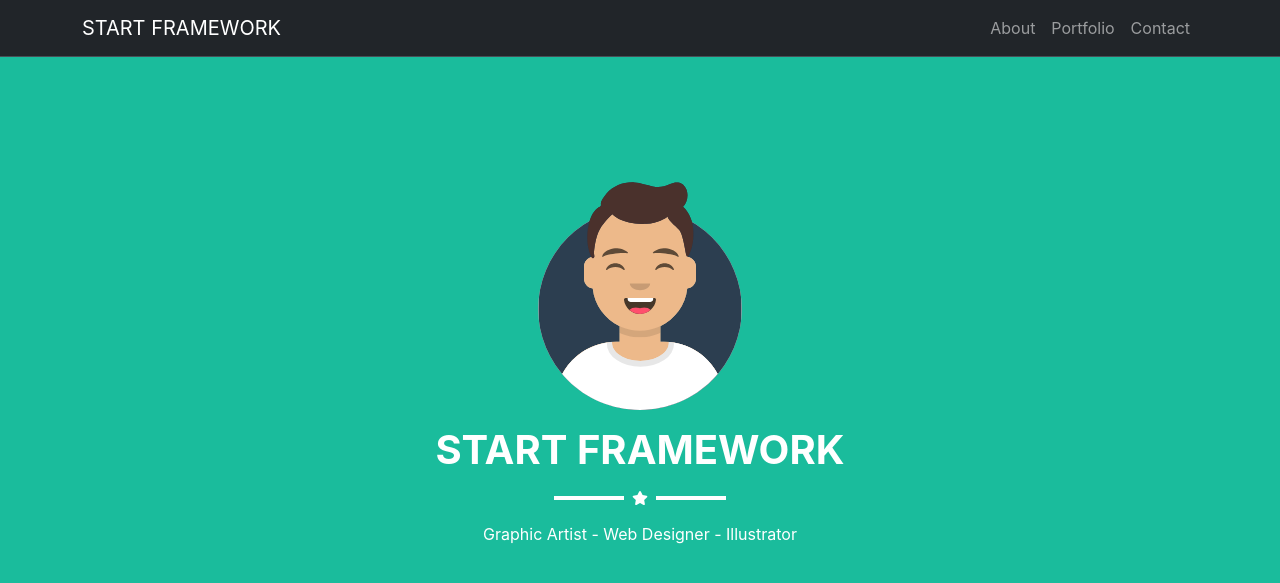
Repository: YomnaWegdan/startFramework
Page: /
An editor plug-in stored every save of this project. The page is shown before and after the next save, followed by the edit.
The browser window is 1280 px wide. The pictures show the whole page.
The project was rebuilt for these pictures with package versions that can differ from the ones it lists, and the page was loaded fresh each time. Also part of the build but not shown: src/Components/About.jsx, src/Components/Contact.jsx, src/Components/Error.jsx.

Above is the page before, as saved 2024-02-04 22:09:27.

### src/index.js
import React from 'react';
import ReactDOM from 'react-dom/client';
import 'bootstrap/dist/css/bootstrap.min.css'
import 'bootstrap/dist/js/bootstrap.bundle.min.js'

import './index.css';
import App from './App';
import reportWebVitals from './reportWebVitals';

const root = ReactDOM.createRoot(document.getElementById('root'));
root.render(
  <React.StrictMode>
    <App />
  </React.StrictMode>
);

// If you want to start measuring performance in your app, pass a function
// to log results (for example: reportWebVitals(console.log))
// or send to an analytics endpoint. Learn more: https://bit.ly/CRA-vitals
reportWebVitals();

### src/index.css
body {
  margin: 0;
  font-family: -apple-system, BlinkMacSystemFont, 'Segoe UI', 'Roboto', 'Oxygen',
    'Ubuntu', 'Cantarell', 'Fira Sans', 'Droid Sans', 'Helvetica Neue',
    sans-serif;
  -webkit-font-smoothing: antialiased;
  -moz-osx-font-smoothing: grayscale;
}

code {
  font-family: source-code-pro, Menlo, Monaco, Consolas, 'Courier New',
    monospace;
}
.w-20{
  width: 20%;
}
.home{
  background-color: #1ABC9C;
}
.line{
  background-color: white;
  width: 70px;
  height: 4px;
}
h2{
  font-size: 40px;
}

### src/App.js
import { RouterProvider, createBrowserRouter } from 'react-router-dom';
import './App.css';
import Layout from './Components/Layout';
import Home from './Components/Home';
import About from './Components/About';
import Contact from './Components/Contact';
import Error from './Components/Error';

function App() {

  let routes = createBrowserRouter([{
    path:'', element:<Layout/> , children:[
      {index:true , element:<Home/>},
      {path:'/about' , element:<About/>},
      {path:'/contact' , element:<Contact/>},
      {path:'*' , element:<Error/>},




    ]
  }])
  return (
    <div className="App">
    <RouterProvider router={routes}></RouterProvider>
    </div>
  );
}

export default App;

### src/Components/Layout.jsx
import React from 'react'
import Navbar from './Navbar'
import { Outlet } from 'react-router-dom'
import Footer from './Footer'

export default function Layout() {
  return (
    <div>
      <Navbar/>
      <Outlet></Outlet>
      <Footer/>
    </div>
  )
}

### src/Components/Home.jsx
import React, { Fragment } from 'react'
import img from '../images/avataaars.svg';
import { FaStar } from "react-icons/fa6";

export default function Home() {
  return (
    <Fragment>
      <section className='home vh-100 text-white'>
        <div className='container h-100'>
            <div className='row align-items-center justify-content-center h-100'>
                <div className='col-md-12'>
                <img src={img} className='w-20 mb-3' alt='img'/>
                <h2 className='fw-bold'>START FRAMEWORK</h2>
                <div className='d-flex justify-content-center align-items-center my-3'>
                    <div className='line'></div>
                    <FaStar className=' mx-2 '/>
                    <div className='line'></div>
                </div>
                <div>Graphic Artist - Web Designer - Illustrator</div>



                </div>
            </div>
        </div>

      </section>
    </Fragment>
  )
}

### src/Components/Navbar.jsx
import React from "react";
import { NavLink } from "react-router-dom";

export default function Navbar() {
  return (
    <>
      <nav
        className="navbar navbar-expand-lg bg-dark border-bottom border-body fixed-top "
        data-bs-theme="dark"
      >
        <div className="container">
          <NavLink className="navbar-brand" to="/">
            START FRAMEWORK
          </NavLink>
          <button
            className="navbar-toggler"
            type="button"
            data-bs-toggle="collapse"
            data-bs-target="#navbarSupportedContent"
            aria-controls="navbarSupportedContent"
            aria-expanded="false"
            aria-label="Toggle navigation"
          >
            <span className="navbar-toggler-icon"></span>
          </button>
          <div className="collapse navbar-collapse" id="navbarSupportedContent">
            <ul className="navbar-nav ms-auto mb-2 mb-lg-0">
              <li className="nav-item">
                <NavLink className="nav-link" to="/about">
                  About
                </NavLink>
              </li>
              <li className="nav-item">
                <NavLink className="nav-link" to="/portfolio">
                  Portfolio
                </NavLink>
              </li>
              <li className="nav-item">
                <NavLink className="nav-link" to="/Contact">
                  Contact
                </NavLink>
              </li>
            </ul>
          </div>
        </div>
      </nav>
    </>
  );
}

Loaded but not shown: public/index.html (common file); src/reportWebVitals.js (common file); src/App.css (common file); src/Components/Footer.jsx (common file)

After the next save:
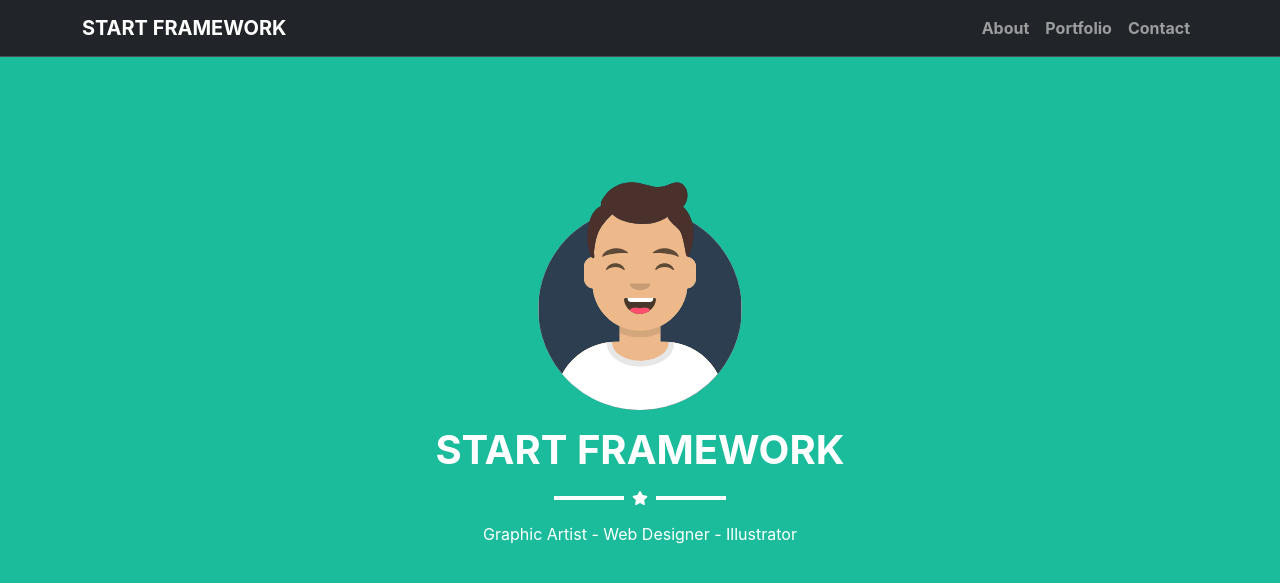
Saved 6 s later.
--- a/src/Components/Navbar.jsx
+++ b/src/Components/Navbar.jsx
@@ -5,7 +5,7 @@ export default function Navbar() {
   return (
     <>
       <nav
-        className="navbar navbar-expand-lg bg-dark border-bottom border-body fixed-top "
+        className="navbar navbar-expand-lg bg-dark border-bottom border-body fixed-top fw-bold"
         data-bs-theme="dark"
       >
         <div className="container">
